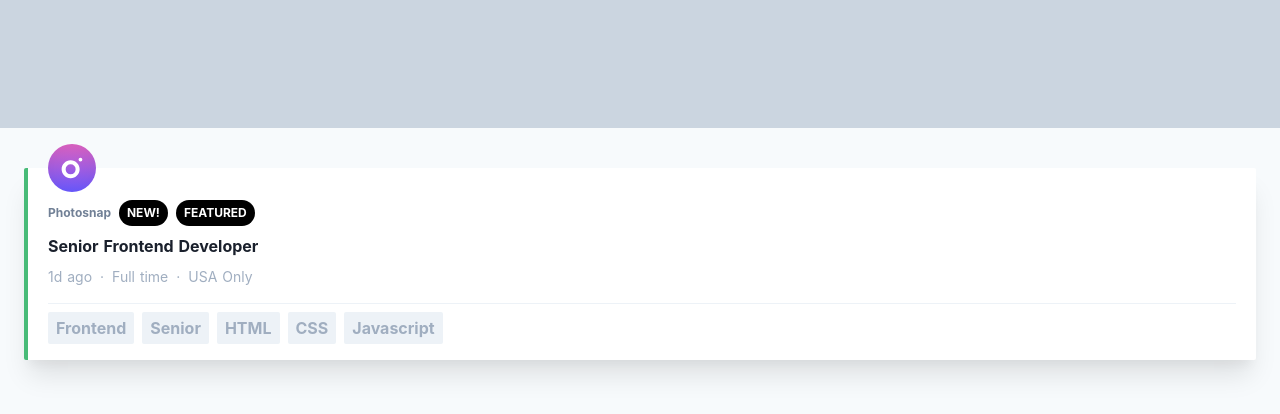
Repository: asongdon/frontendmentor-joblisting
Page: /
These files come from the project's save history. The page is drawn as it stood at one moment and after the next save; the edit follows.
The browser window is 1280 px wide. The pictures show the whole page.
The project was rebuilt for these pictures with package versions that can differ from the ones it lists, and the page was loaded fresh each time. The framework's server and built-in components were replaced by stand-ins that run in the browser. Also part of the build but not shown: nuxt.config.js.

Above is the page before, as saved 2020-04-12 21:01:05.

After the next save:
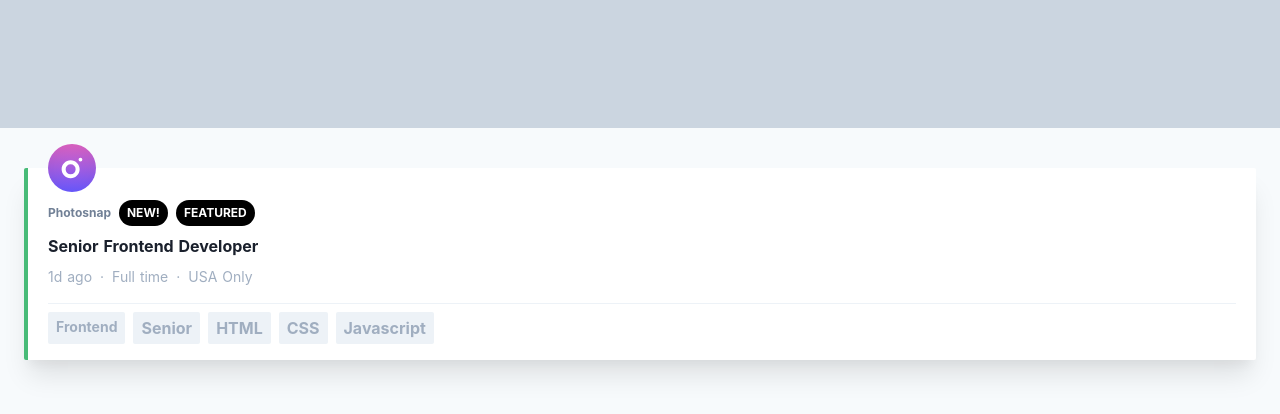
Saved 19 s later.
--- a/components/Maincard.vue
+++ b/components/Maincard.vue
@@ -30,7 +30,7 @@
     </div>
 
     <div class="mt-2 flex flex-wrap justify-start">
-      <div class="px-2 py-1 bg-gray-200 text-gray-500 rounded-sm font-bold mr-2 mb-4">Frontend</div>
+      <div class="px-2 py-1 bg-gray-200 text-gray-500 rounded-sm font-bold mr-2 mb-4 text-sm">Frontend</div>
       <div class="px-2 py-1 bg-gray-200 text-gray-500 rounded-sm font-bold mr-2 mb-4">Senior</div>
       <div class="px-2 py-1 bg-gray-200 text-gray-500 rounded-sm font-bold mr-2 mb-4">HTML</div>
       <div class="px-2 py-1 bg-gray-200 text-gray-500 rounded-sm font-bold mr-2 mb-4">CSS</div>
